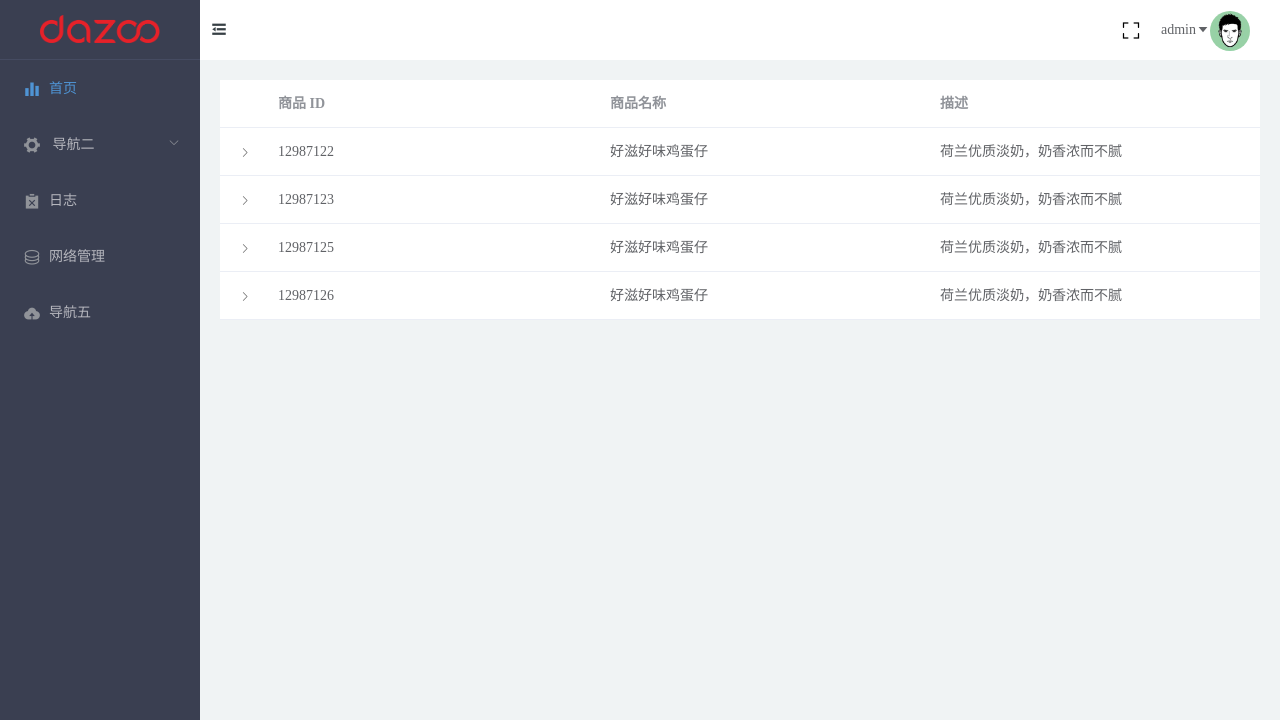
Repository: TomGodb/dazoo-admin
Page: /#/dashbord
These files come from the project's save history. The page is drawn as it stood at one moment and after the next save; the edit follows.
The browser window is 1280 px wide. The pictures show the whole page.
The project was rebuilt for these pictures with package versions that can differ from the ones it lists, and the page was loaded fresh each time. Also part of the build but not shown: vue.config.js, src/components/SlideVerify/index.vue, src/utils/request.js, src/views/login/http.js, src/views/login/index.vue, src/style/transition.less.

Above is the page before, as saved 2021-01-23 14:10:47.

After the next save:
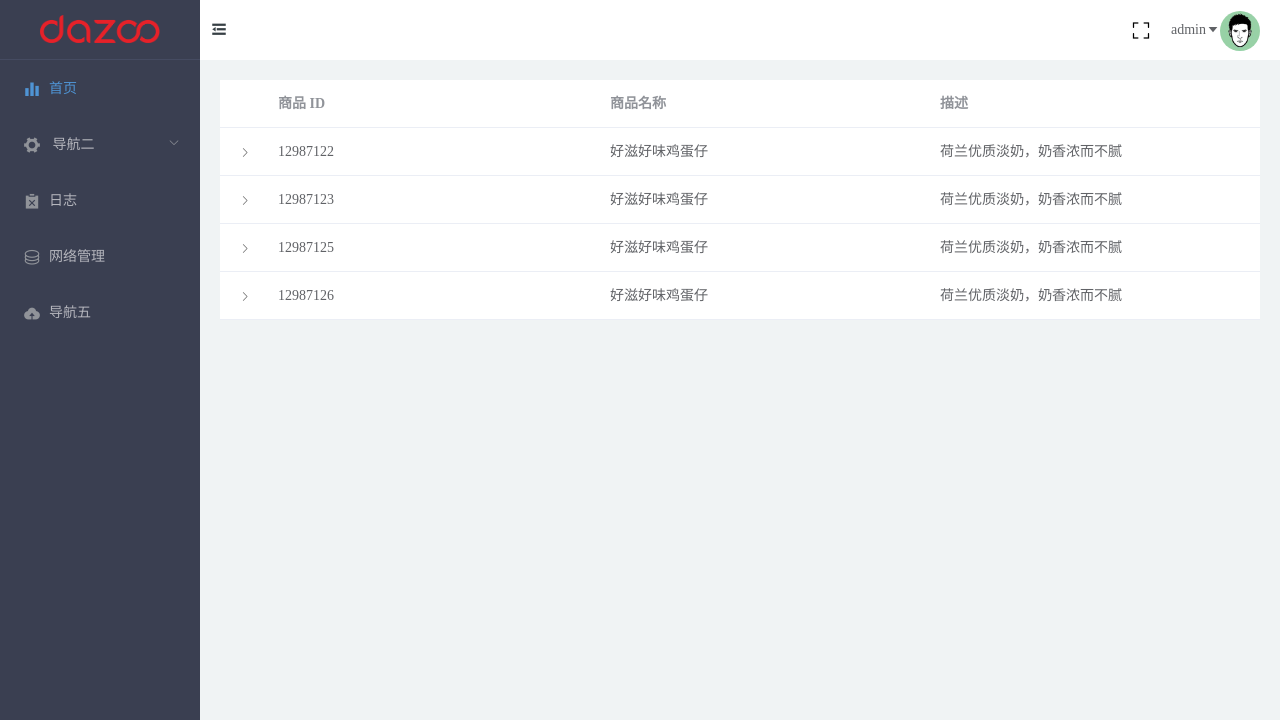
Saved 37 s later.
--- a/src/Home/Header/index.vue
+++ b/src/Home/Header/index.vue
@@ -46,7 +46,7 @@ export default {
   }
   & .sideCollapse-right {
     float: right;
-    padding: 0px 20px 0px 0px;
+    padding: 0px 10px 0px 0px;
   }
 }
 </style>
